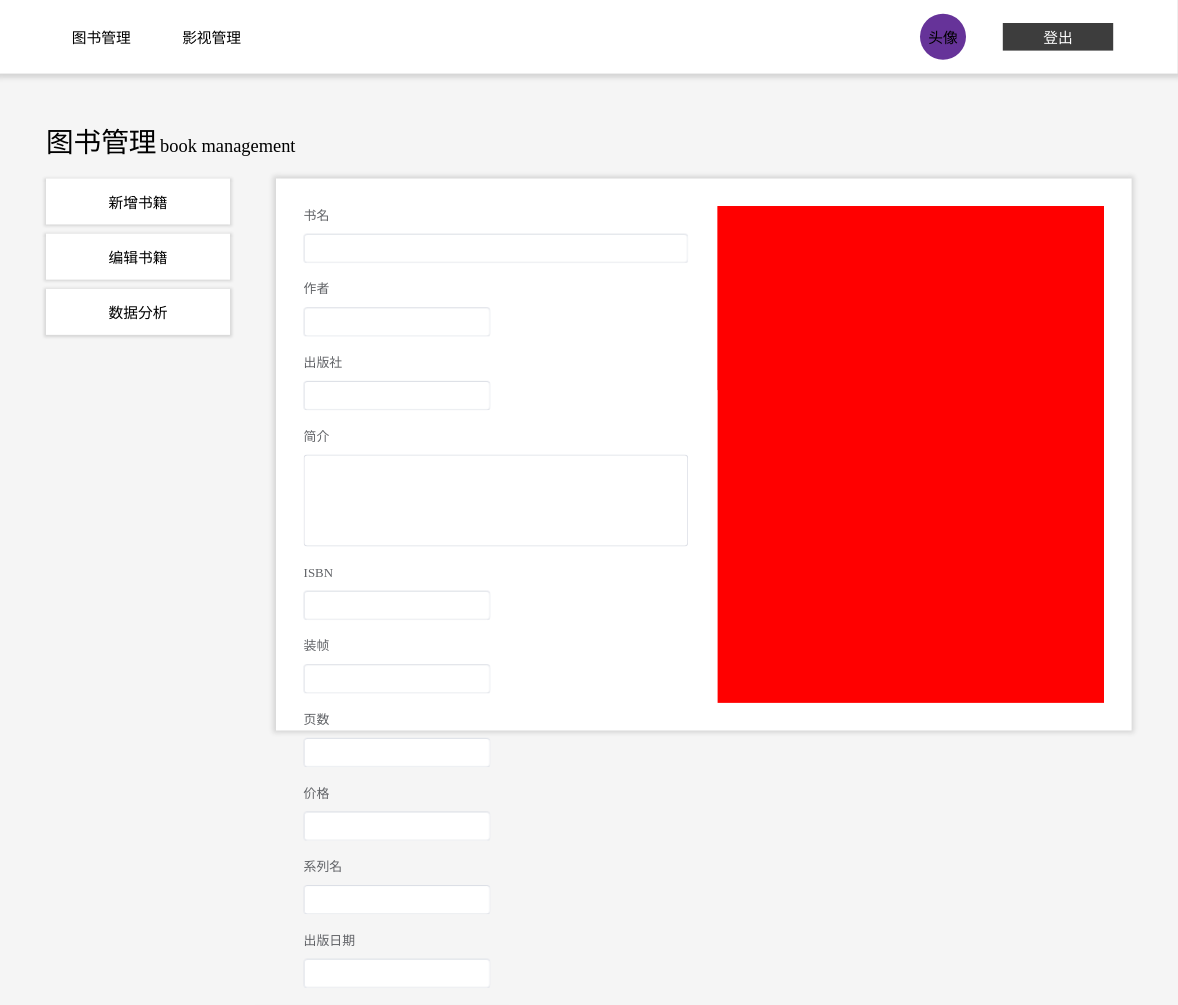
Repository: quanwangniuniu/Oasis-Reading-Platform
Page: /#/admin/books (app in Vue-frontend/)
An editor plug-in stored every save of this project. The page is shown before and after a run of saves, followed by the edit.
The browser window is 1280 px wide. The pictures show the whole page, at 92% of full size.
Some web fonts or font styles are not loaded; a fallback is used. The project was rebuilt for these pictures with package versions that can differ from the ones it lists, and the page was loaded fresh each time. Also part of the build but not shown: Vue-frontend/vite.config.js, Vue-frontend/src/components/Test.vue, Vue-frontend/src/components/user/books/BookCard.vue, Vue-frontend/src/components/axios/config.js, Vue-frontend/src/components/axios/api.js, Vue-frontend/src/components/user/books/Books.vue, Vue-frontend/src/components/user/movies/Favourites.vue, Vue-frontend/src/components/user/explore/Explore.vue and 10 more.

Above is the page before, as saved 2023-04-13 16:46:51.

After the next 3 saves:
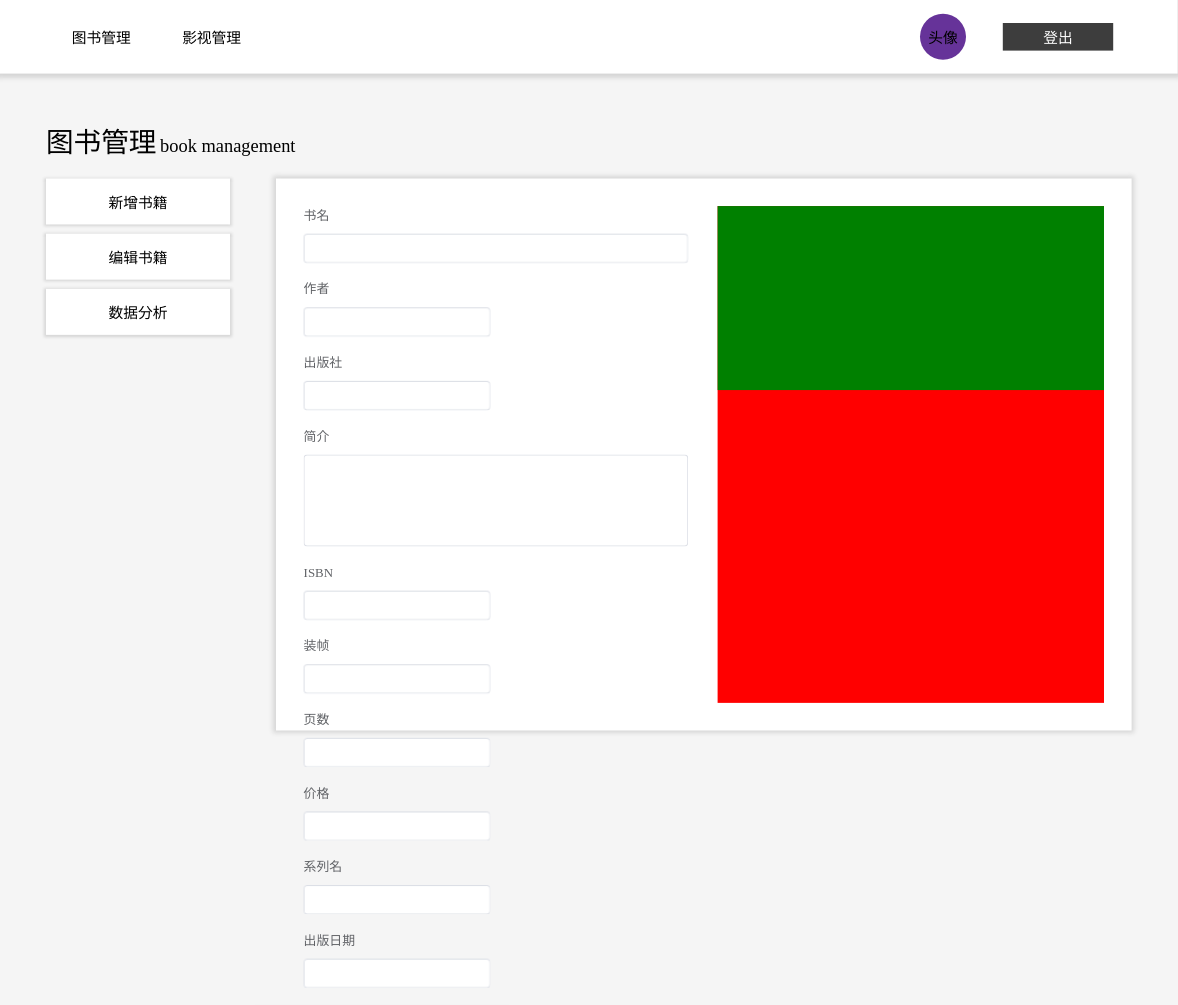
The 3 saves are shown as one change because they came seconds apart.
The last was saved 21 s later.
--- a/Vue-frontend/src/components/admin/bookManagement/BookManagement.vue
+++ b/Vue-frontend/src/components/admin/bookManagement/BookManagement.vue
@@ -127,6 +127,6 @@ const bookItem = ref({
 .book-img{
   height: 200px;
   width: 100%;
-  background-color: red;
+  background-color: green;
 }
 </style>
